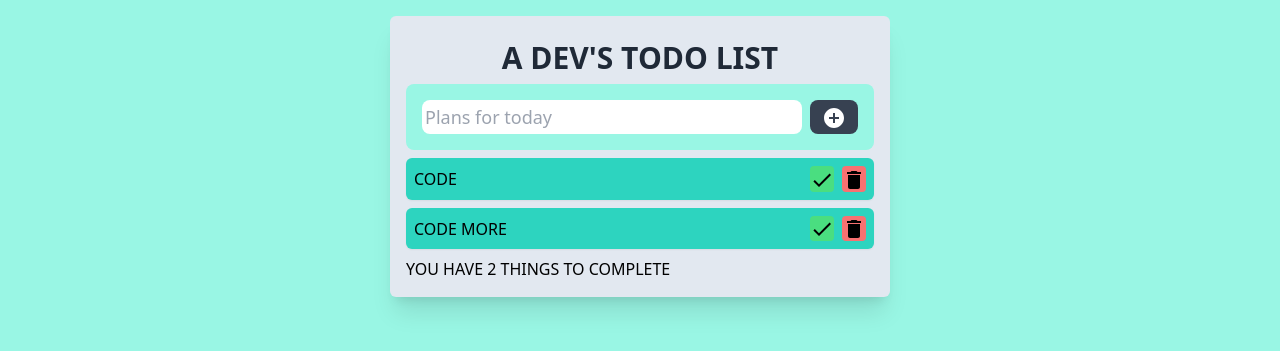
Repository: DevAntonioRogers/React-Todo-CRUD-App
Page: /
The author's editor kept a copy of each file at every save. The page is drawn from the files as they stood at one save, then again after the next save.
The browser window is 1280 px wide. The pictures show the whole page.
The project was rebuilt for these pictures with package versions that can differ from the ones it lists, and the page was loaded fresh each time. Also part of the build but not shown: vite.config.ts.

Above is the page before, as saved 2023-05-14 20:04:29.

After the next save:
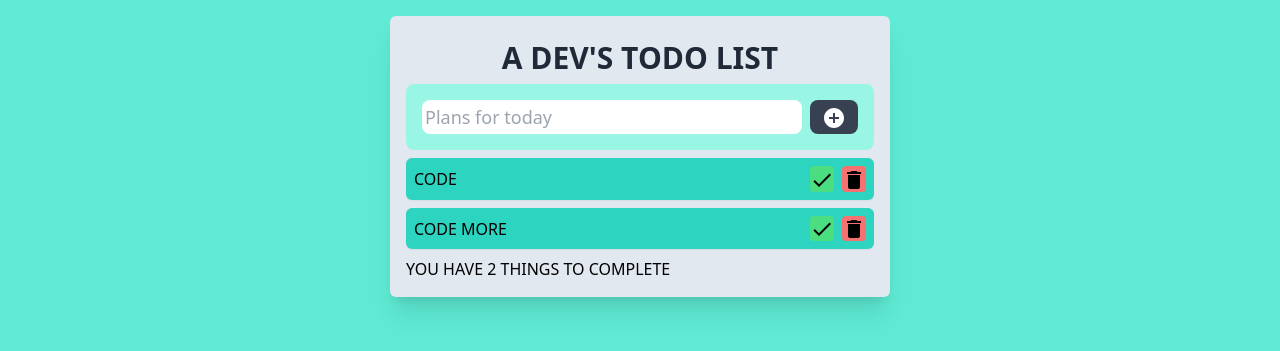
Saved 7 s later.
--- a/src/App.tsx
+++ b/src/App.tsx
@@ -7,7 +7,7 @@ const App = () => {
   const [todo, setTodo] = useState(["code", "code more"]);
 
   return (
-    <div className="h-screen w-screen p-4 bg-teal-200">
+    <div className="h-screen w-screen p-4 bg-teal-300">
       <div className="bg-slate-200 max-w-[500px] w-full m-auto rounded-md shadow-xl p-4">
         <h1 className="text-3xl font-bold text-center text-gray-800 p-2">A DEV'S TODO LIST</h1>
         <Form />
